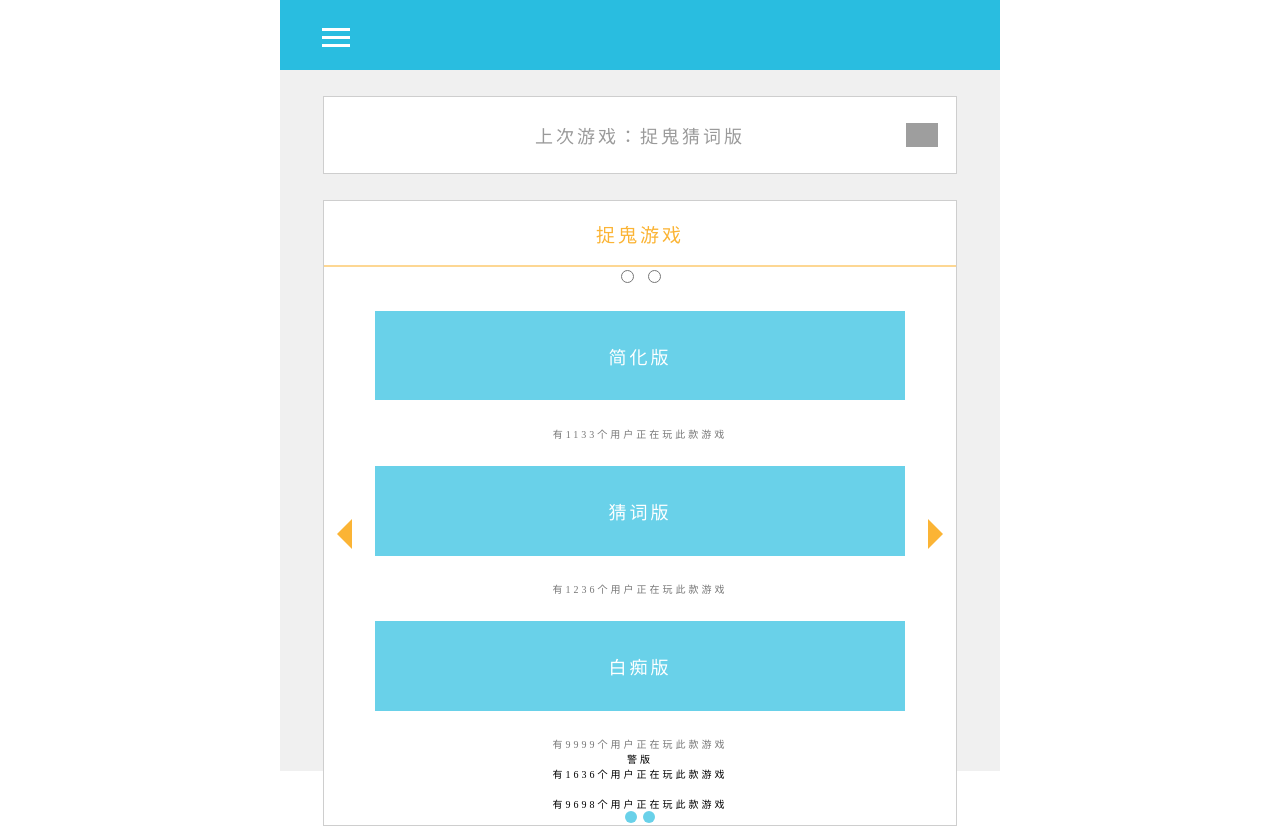
Repository: leozhangpd/My-Codes
Page: JS/two-project/home_page.html
These files come from the project's save history. The page is drawn as it stood at one moment and after a run of saves; the edit follows.
The browser window is 1280 px wide. The pictures show the whole page.
Pictures or frames that could not be fetched are drawn as grey boxes.

Above is the page before, as saved 2020-11-06 15:45:20.

### JS/two-project/home_page.html
<!DOCTYPE html>
<html lang="en">
<head>
    <meta charset="UTF-8">
    <meta name="viewport" content="width=device-width,initial-scale=1.0,maximum-scale=1.0,user-scalable=0" />
    <link rel="stylesheet" href="css/home_page.css" type="text/css" >
    <title>版本选择</title>
</head>
<body>
    <header>
        <button>
            <div></div>
            <div></div>
            <div></div>
        </button>
    </header>
    <main>
        <div class="review">
            <span>上次游戏：捉鬼猜词版</span>
        </div>
        <div class="content">
            <div class="title">
                <span>捉鬼游戏</span>
            </div>
            <input type="radio" name="change" id="change-1"/>
            <input type="radio" name="change" id="change-2"/>
            <ul class="list" id="out">
                <li><a href="#" id="in">简化版</a></li>
                <li>有1133个用户正在玩此款游戏</li>
                <li><a href="#">猜词版</a></li>
                <li>有1236个用户正在玩此款游戏</li>
                <li><a href="#">白痴版</a></li>
                <li>有9999个用户正在玩此款游戏</li>
            </ul>
            <ul class="list-2" id="out-2</li>
                <li><a href="#">警版</a></li>
                <li>有1636个用户正在玩此款游戏</li>
                <li><a href="#">3.0 版</a></li>
                <li>有9698个用户正在玩此款游戏</li>
            </ul>
            <div class="page">
                <label for="change-1"></label>
                <label for="change-2"></label>
            </div>
            <div class="arrow">
                 <label for="change-1"></label>
                 <label for="change-2"></label>
            </div>
        </div>
    </main>
</body>
</html>

### JS/two-project/css/home_page.css
ul{list-style-type: none;margin: 0;padding: 0;}
button{outline: none;border:none;}
a:link,a:visited,a:hover,a:active {text-decoration:none;color: #fff;}
html{
    font-size: 62.5%;
    background: #fff;
    height: 100vh;
}
body{
    height: 100%;
    margin:0 auto;
    padding-bottom: 4%;
    max-width: 720px;
    min-width: 320px;
    background: #f0f0f0;
}
header{
    padding: 3% 5%;
    background-color: #29bde0;
}
header>button{
    width: 4rem;;
    background-color: rgba(0, 0, 0, 0);
}
header>button div{
    margin-top: .5rem;
    height: .3rem;
    background-color: #fff;
}
main{
    margin:0 6%;
    width:88%;
}
.review{
    padding:4% 0;
    background: url("../images/home_page-2.png") no-repeat 97% 50%/5%;
}
.review>span{/*review__content*/
    font-size: 18px;
    color: #9a9a9a;
}
.review,.content{
    background-color: #ffffff;
    margin-top: 4%;
    text-align: center;
    border: 1px double #cecece;
    letter-spacing: 3px;
}
.content{
    position: relative;
}
.title{/*content__title*/
    padding:3% 0;
    font-size: 19px;
    color: #fbb435;
    border-bottom: 0.2rem solid #fdd793;
}
.list>li{/*content__option*/
    margin: 4% 8% 0 8%;
}
.list>li:nth-child(odd){/*option__btn*/
    background: #69d1e9;
    font-size: 18px;
    color: #fff;
}
.list>li:nth-child(odd)>a{
    display: block;
    padding:6% 0;
}
.list>li:nth-child(even){/*option__hint*/
    color: #787878;
}
/* input{display: none;} */
.page>label{/*page__dot*/
    display: inline-block;
    padding-top: 12px;
    width:12px;
    background: #69d1e9;
    border-radius: 50%;
    transition: all .2s;
}
.page>label:hover{
    background: #2e2bda;
}
.arrow>label{
    position: absolute;
    top: 51%;
    border-style:solid;
}
.arrow>label:nth-child(1){
    left: 2%;
    border-width:15px 15px 15px 0;
    border-color:transparent #fbb435 transparent transparent;/*透明 透明 透明 橘*/
}
.arrow>label:nth-child(2){
    right: 2%;
    border-width:15px 0 15px 15px;
    border-color:transparent transparent transparent #fbb435;/*透明 透明 透明 橘*/
}

After the next 2 saves:
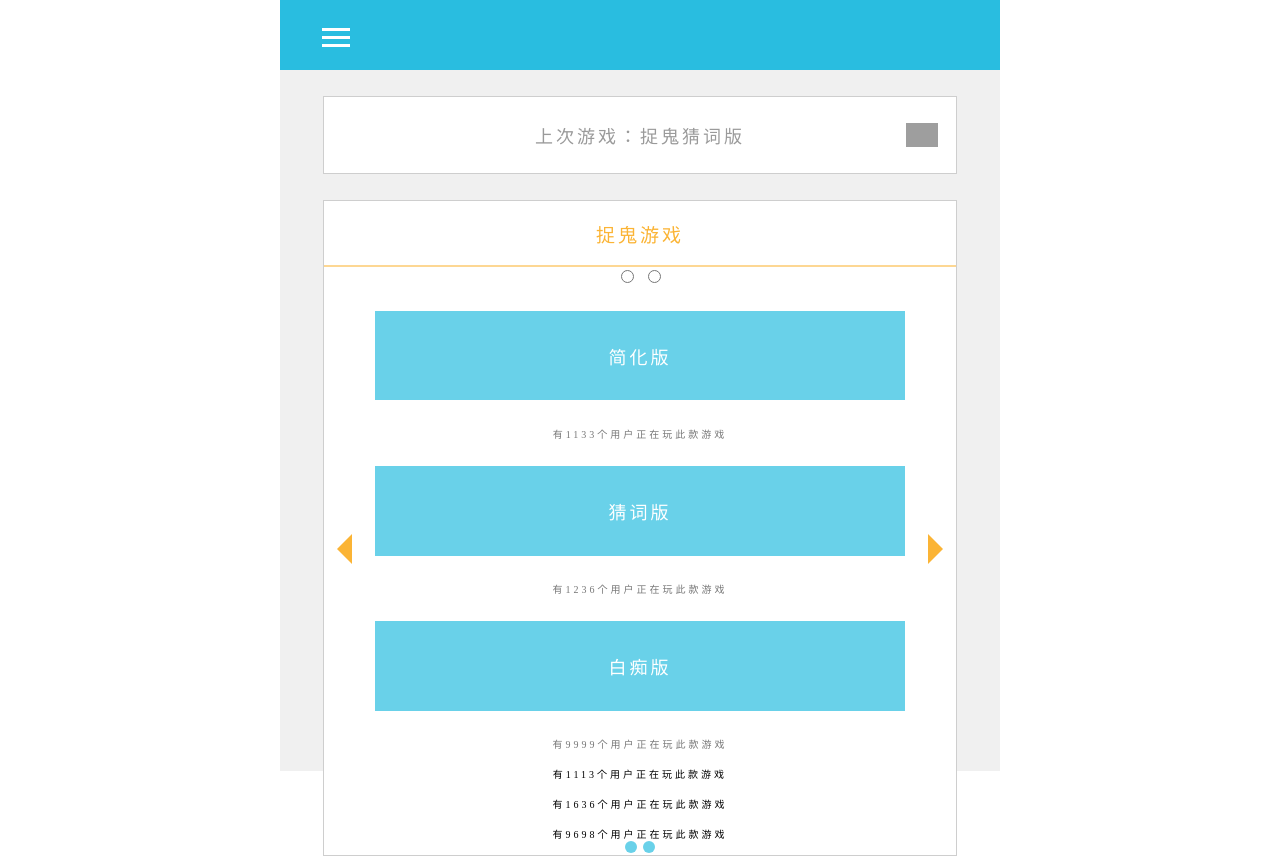
The 2 saves are shown as one change because they came seconds apart.
The last was saved 13 s later.
--- a/JS/two-project/home_page.html
+++ b/JS/two-project/home_page.html
@@ -32,7 +32,9 @@
                 <li><a href="#">白痴版</a></li>
                 <li>有9999个用户正在玩此款游戏</li>
             </ul>
-            <ul class="list-2" id="out-2</li>
+            <ul class="list-2" id="out">
+                <li><a href="#" id="in">简化版</a></li>
+                <li>有1113个用户正在玩此款游戏</li>
                 <li><a href="#">警版</a></li>
                 <li>有1636个用户正在玩此款游戏</li>
                 <li><a href="#">3.0 版</a></li>
